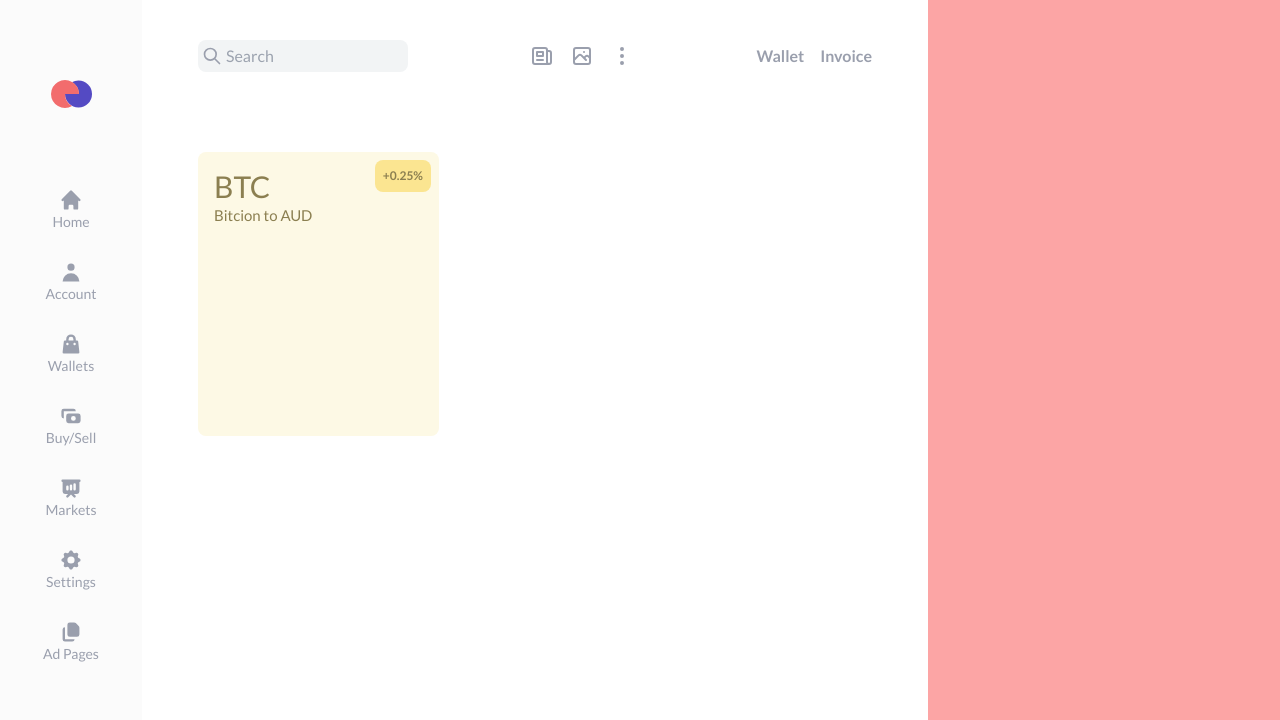
Repository: almaqdad55/crypto-app-nextjs
Page: /
These files come from the project's save history. The page is drawn as it stood at one moment and after the next save; the edit follows.
The browser window is 1280 px wide. The pictures show the whole page.
The project was rebuilt for these pictures with package versions that can differ from the ones it lists, and the page was loaded fresh each time. The framework's server and built-in components were replaced by stand-ins that run in the browser.

Above is the page before, as saved 2022-01-04 20:43:33.

After the next save:
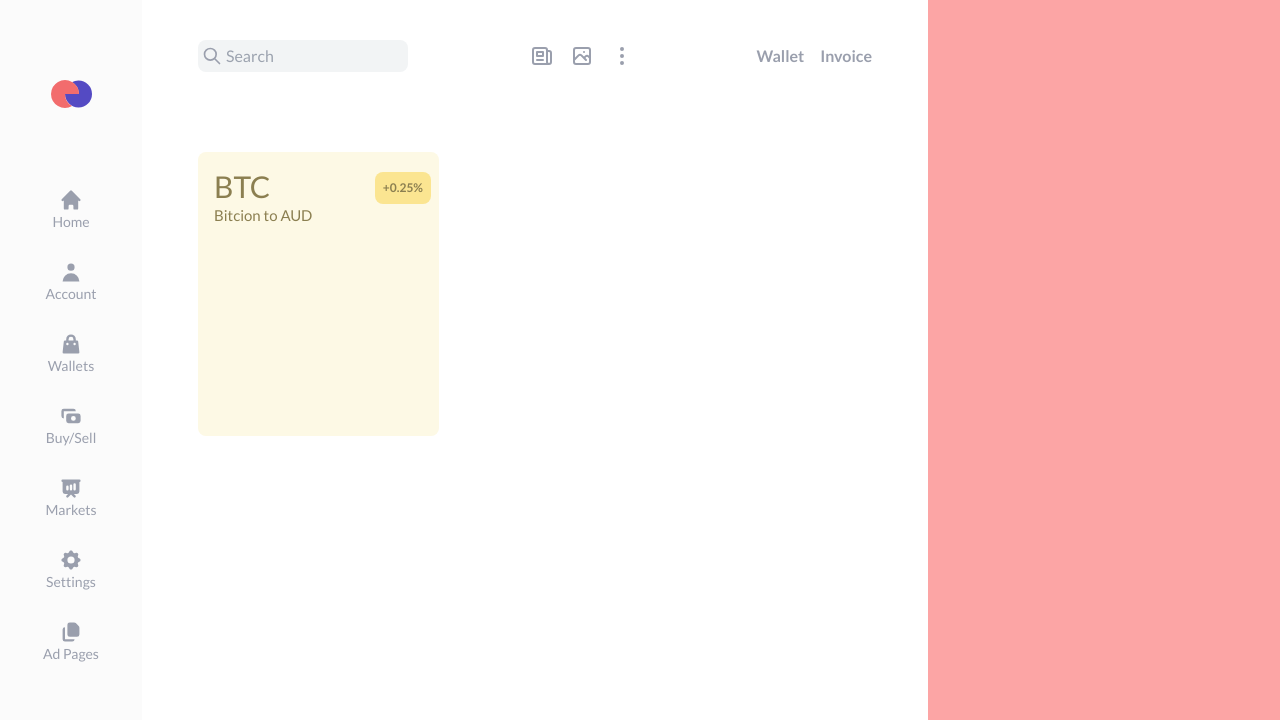
Saved 12 s later.
--- a/components/Card.jsx
+++ b/components/Card.jsx
@@ -1,7 +1,7 @@
 const Card = () => {
   return (
     <div className="w-[241px] h-[284px] bg-[#FDF9E5] rounded-lg relative text-[#8B7F50] p-4">
-      <div className="absolute bg-[#FBE591] text-[#8B7F50] text-xs rounded-lg p-2 font-bold top-2 right-2">
+      <div className="absolute bg-[#FBE591] text-[#8B7F50] text-xs rounded-lg p-2 font-bold top-5 right-2">
         +0.25%
       </div>
       <h1 className="text-3xl ">BTC</h1>
